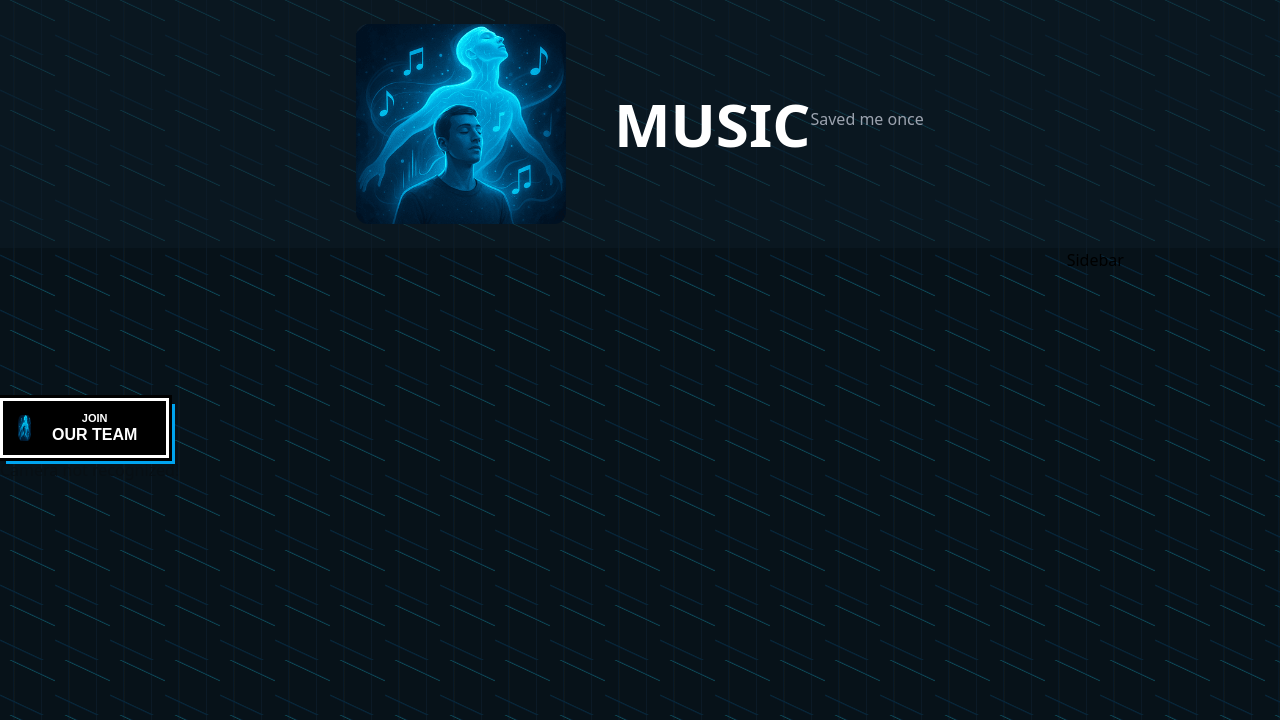
Repository: ItsMe-Pal/something
Page: index.html
The author's editor kept a copy of each file at every save. The page is drawn from the files as they stood at one save, then again after the next save.
The browser window is 1280 px wide. The pictures show the whole page.
The style sheet was rebuilt from its Sass, Less or Tailwind sources for each picture, by a compiler version that may differ from the author's.

Above is the page before, as saved 2025-06-22 20:13:07.

### index.html
<!DOCTYPE html>
<html lang="en">
<head>
    <meta charset="UTF-8">
    <meta name="viewport" content="width=device-width, initial-scale=1.0">
    <title></title>

    <link rel="stylesheet" href="/manifest.json">

    <script src="https://cdn.jsdelivr.net/npm/@tailwindcss/browser@4"></script>
    <script src="https://code.jquery.com/jquery-3.7.1.js" integrity="sha256-eKhayi8LEQwp4NKxN+CfCh+3qOVUtJn3QNZ0TciWLP4=" crossorigin="anonymous"></script>
    <script src="https://cdn.jsdelivr.net/npm/@tensorflow/tfjs@latest"> </script>


    <link rel="stylesheet" href="/styles/main.css">


</head>
<body>
    <div id="bg">

        <div class="relative flex gap-[2%] flex-wrap content-start">
            <div class="w-full h-[5%]">


                    <header style="background-color: #0f1e2973;">
                        <nav class="flex-wrap mx-auto flex max-w-7xl items-center justify-center gap-12 p-6 lg:px-8" aria-label="Global">
                        <div>

                            <img class="h-50 w-auto rounded-xl" src="/imgs/icons/icon-512x512.png" alt="" />
                            </div>



                        <div class="flex">
                            <span class="word1">MUSIC</span>
                            <p class="word2">Saved me once</p>
                        </div>
                        </nav>

                    </header>
            </div>
            <div class="grow h-3/4 video-main">
                <video id="video" autoplay playsinline></video>

            </div>
            <div class="w-1/6 h-3/4">Sidebar</div>
            <div class="w-full h-[5%]">
                <button class="brutalist-button">
                    <div class="-logo">
                        <img class="-logo-icon" src="/imgs/icons/icon-512x512.png" alt="">
                    </div>
                    <div class="button-text">
                        <a href="http://">
                            <span>Join</span>
                            <span>Our team</span>
                        </a>
                    </div>
                </button>

            </div>
        </div>

    </div>
    <script src="/src/main.js"></script>




</body>
</html>

### src/main.js
(async()=>{

    if ("serviceWorker" in navigator)
        {
            navigator.serviceWorker.register("/sw.js")
            .then((reg)=> console.log('Service worker registered!' , reg))
            .catch(err => console.log(err))
        }


        const video = document.getElementById('video');
        $("body #bg").append("<h1>Camera not recognized!</h1>")
        const status = await navigator.permissions.query({name: "camera"});
        status.addEventListener("change", (evt) => {
          // request again
          navigator.mediaDevices.getUserMedia({ video: true })
            .then(handleStream)
            .catch(handleDeny =>{

            })
        }, { once: true });
})()

### styles/main.scss
@use "./customs.scss";


#bg {
    position: relative;
    width: 100%;
    height: 100vh;
    --color: #001f3fe8;
    background-color: rgb(1 6 10);
    background-image: linear-gradient(205deg, transparent 24%, var(--color) 25%, #0e7e87 26%, transparent 27%, transparent 74%, rgba(0, 58, 86, 0.9098039216) 75%, var(--color) 76%, transparent 77%, transparent), linear-gradient(90deg, transparent 24%, var(--color) 25%, rgba(27, 26, 17, 0.9098039216) 26%, transparent 27%, transparent 74%, rgba(19, 18, 19, 0.9098039216) 75%, var(--color) 76%, transparent 77%, transparent);
    background-size: 55px 55px;
  }
#bg:before {
    content: "";
    position: absolute;
    left: 0;
    top: 0;
    width: 100%;
    background-color: #0f1e2980;
    height: 100%;
}
  .word1 {
    font-size: 3.75rem;
    line-height: 1;
    font-weight: 700;
    color: #fff
  }
  .word2 {
    margin-top: 0.75rem;
    margin-bottom: 0.75rem;
    line-height: 1.625;
    color: rgba(156, 163, 175, 1);
  }



.brutalist-button {
    display: flex;
    align-items: center;
    cursor: pointer;
    width: 169px;
    height: 60px;
    background-color: #000;
    color: #fff;
    text-decoration: none;
    font-family: Arial, sans-serif;
    font-weight: bold;
    border: 3px solid #fff;
    outline: 3px solid #000;
    box-shadow: 6px 6px 0 #00a4ef;
    transition: all 0.1s ease-out;
    padding: 0 15px;
    box-sizing: border-box;
    position: relative;
    overflow: hidden;
  }

  .brutalist-button::before {
    content: "";
    position: absolute;
    top: 0;
    left: -100%;
    width: 100%;
    height: 100%;
    background: linear-gradient(
      90deg,
      transparent,
      rgba(255, 255, 255, 0.8),
      transparent
    );
    z-index: 1;
    transition: none;
    /* Initially hide the pseudo-element */
    opacity: 0;
  }

  @keyframes slide {
    0% {
      left: -100%;
    }
    100% {
      left: 100%;
    }
  }

  .brutalist-button:hover::before {
    /* Show the pseudo-element on hover */
    opacity: 1;
    animation: slide 2s infinite;
  }

  .brutalist-button:hover {
    transform: translate(-4px, -4px);
    box-shadow: 10px 10px 0 #000;
    background-color: #000;
    color: #fff;
  }

  @keyframes slide {
    0% {
      left: -100%;
    }
    100% {
      left: 100%;
    }
  }

  .brutalist-button:active {
    transform: translate(4px, 4px);
    box-shadow: 0px 0px 0 #00a4ef;
    background-color: #fff;
    color: #000;
    border-color: #000;
  }

  /* Rest of the CSS remains the same */

  .-logo {
    display: grid;
    grid-template-columns: repeat(2, 1fr);
    gap: 1px;
    width: 26px;
    height: 26px;
    margin-right: 8px;
    flex-shrink: 0;
    transition: transform 0.2s ease-out;
    position: relative;
    z-index: 1;
  }

  .brutalist-button:hover .-logo {
    transform: rotate(-10deg) scale(1.1);
  }

  .brutalist-button:active .-logo {
    transform: rotate(10deg) scale(0.9);
  }

  .-logo-icon {
    border-radius: 30%;
    width: 100%;
    height: 100%;
  }


  .button-text {
    display: flex;
    flex-direction: column;
    line-height: 1.2;
    transition: transform 0.2s ease-out;
    position: relative;
    z-index: 1;
  }

  .brutalist-button:hover .button-text {
    transform: skew(-5deg);
  }

  .brutalist-button:active .button-text {
    transform: skew(5deg);
  }

  .button-text span:first-child {
    font-size: 11px;
    text-transform: uppercase;
    display: block;
  }

  .button-text span:last-child {
    font-size: 16px;
    text-transform: uppercase;
  }

Loaded but not shown: manifest.json (58 lines, source omitted); styles/customs.scss (792 lines, source omitted)

After the next save:
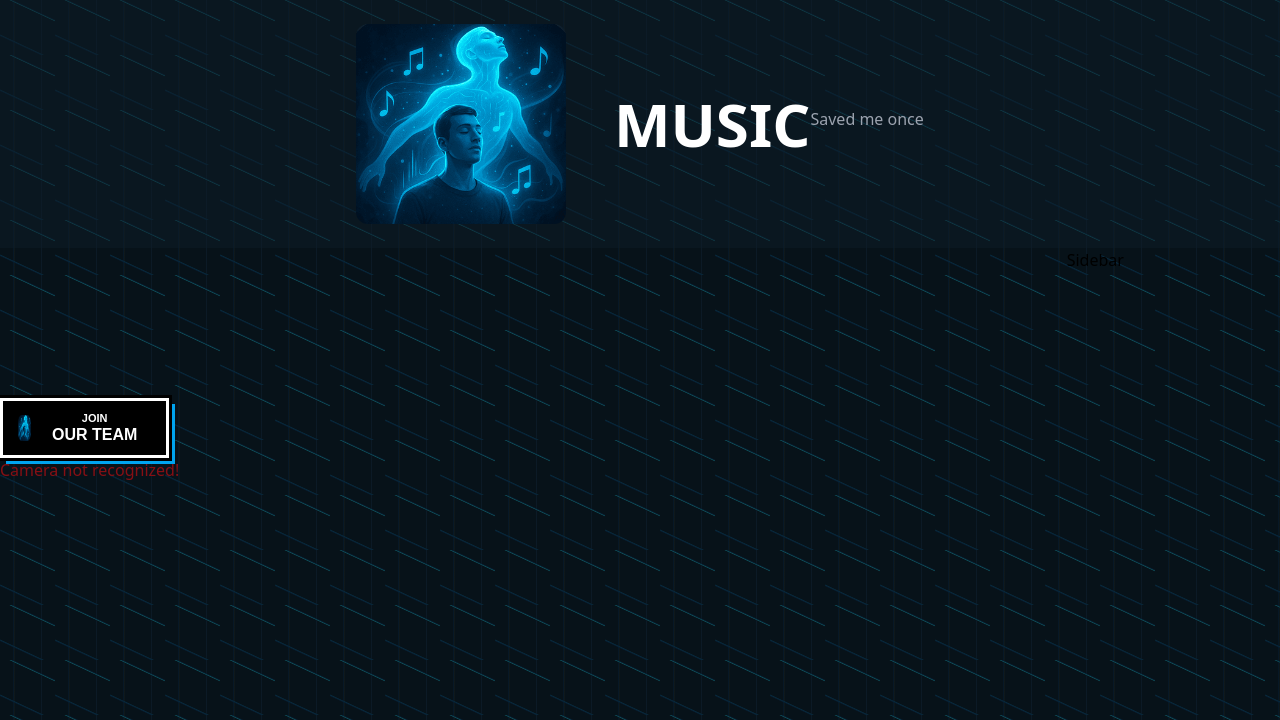
Saved 5 s later.
--- a/src/main.js
+++ b/src/main.js
@@ -9,7 +9,7 @@
 
 
         const video = document.getElementById('video');
-        $("body #bg").append("<h1>Camera not recognized!</h1>")
+        $("body #bg").append("<h1 style='color:red'>Camera not recognized!</h1>")
         const status = await navigator.permissions.query({name: "camera"});
         status.addEventListener("change", (evt) => {
           // request again

After the save that followed:
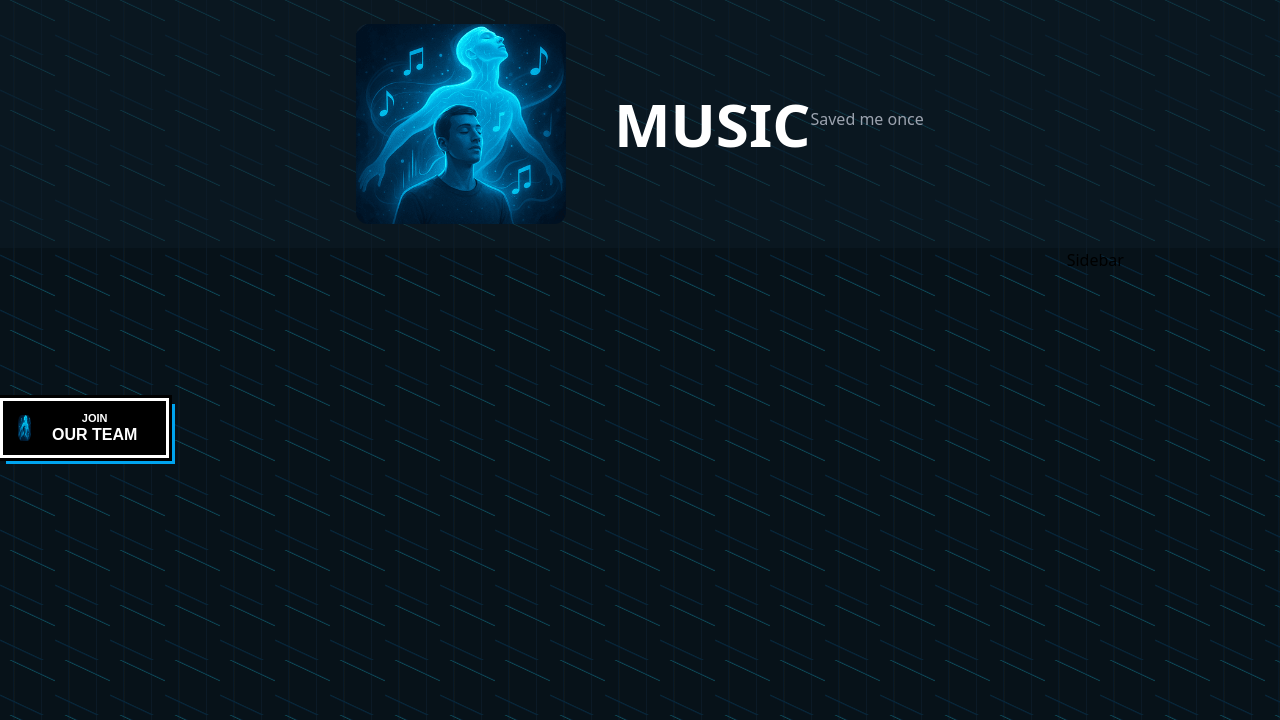
Saved 15 s later.
--- a/src/main.js
+++ b/src/main.js
@@ -9,14 +9,14 @@
 
 
         const video = document.getElementById('video');
-        $("body #bg").append("<h1 style='color:red'>Camera not recognized!</h1>")
+
         const status = await navigator.permissions.query({name: "camera"});
         status.addEventListener("change", (evt) => {
           // request again
           navigator.mediaDevices.getUserMedia({ video: true })
             .then(handleStream)
             .catch(handleDeny =>{
-
+                $("bg #")
             })
         }, { once: true });
 })()
